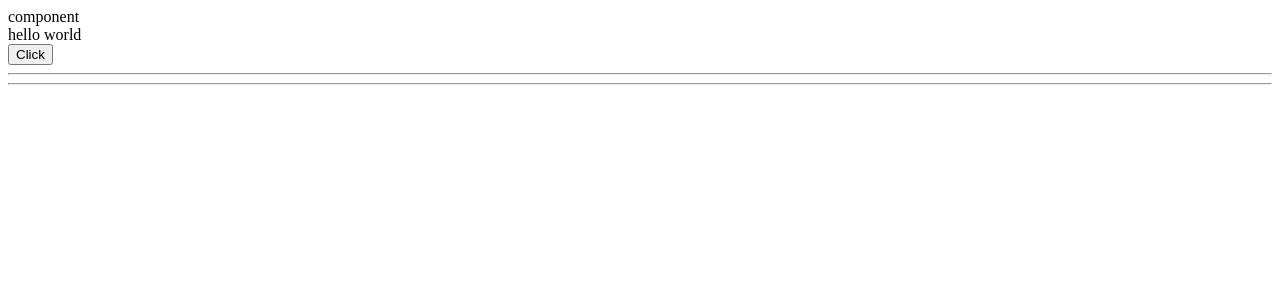
Repository: RyuGeunHwan/code_J
Page: Vuejs/22-08-10 vuejs Vue컴포넌트.html
The author's editor kept a copy of each file at every save. The page is drawn from the files as they stood at one save, then again after the next save.
The browser window is 1280 px wide. The pictures show the whole page.

Above is the page before, as saved 2022-08-10 14:29:24.

After the next save:
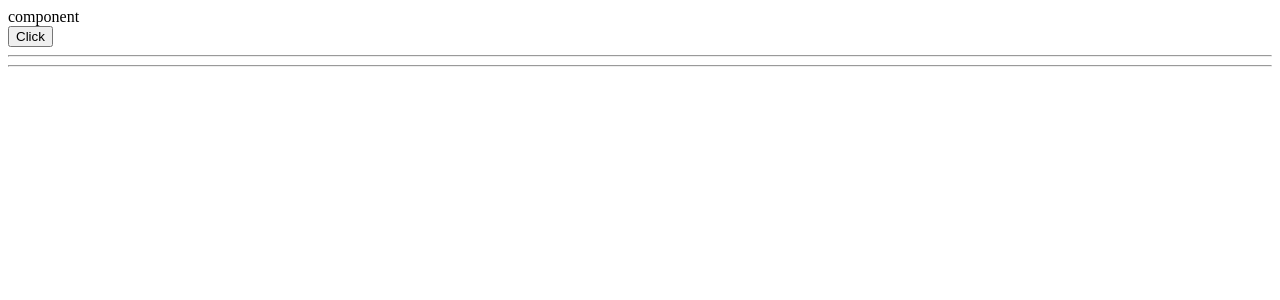
Saved 13 min 24 s later.
--- a/Vuejs/22-08-10 vuejs Vue컴포넌트.html
+++ b/Vuejs/22-08-10 vuejs Vue컴포넌트.html
@@ -28,9 +28,10 @@
 
     <script>
         //vue인스턴스가 생성되기전에 Vue.component생성
-        Vue.component('hello-world',{
-            template:`<div>hello world</div>`
-        })
+        // hello world 전역등록
+        // Vue.component('hello-world',{
+        //     template:`<div>hello world</div>`
+        // })
 
 
         // // 전역 컴포넌트 등록(어떤 vue인스턴스에서도 사용가능)
@@ -60,6 +61,11 @@
         // });
 
 
+        // hello world 지역등록
+        const helloWorld = {
+            templete:`<div>hello world</div>`
+        }
+
         //지역 컴포넌트 등록
         const KossieButton = {
             template:
@@ -86,7 +92,8 @@
         const app = new Vue({
             el: '#app',
             components: {
-                'kossie-button' : KossieButton
+                'kossie-button' : KossieButton,
+                'hello-world' : helloWorld
             }
             // data:{
             //   name: 'app'
